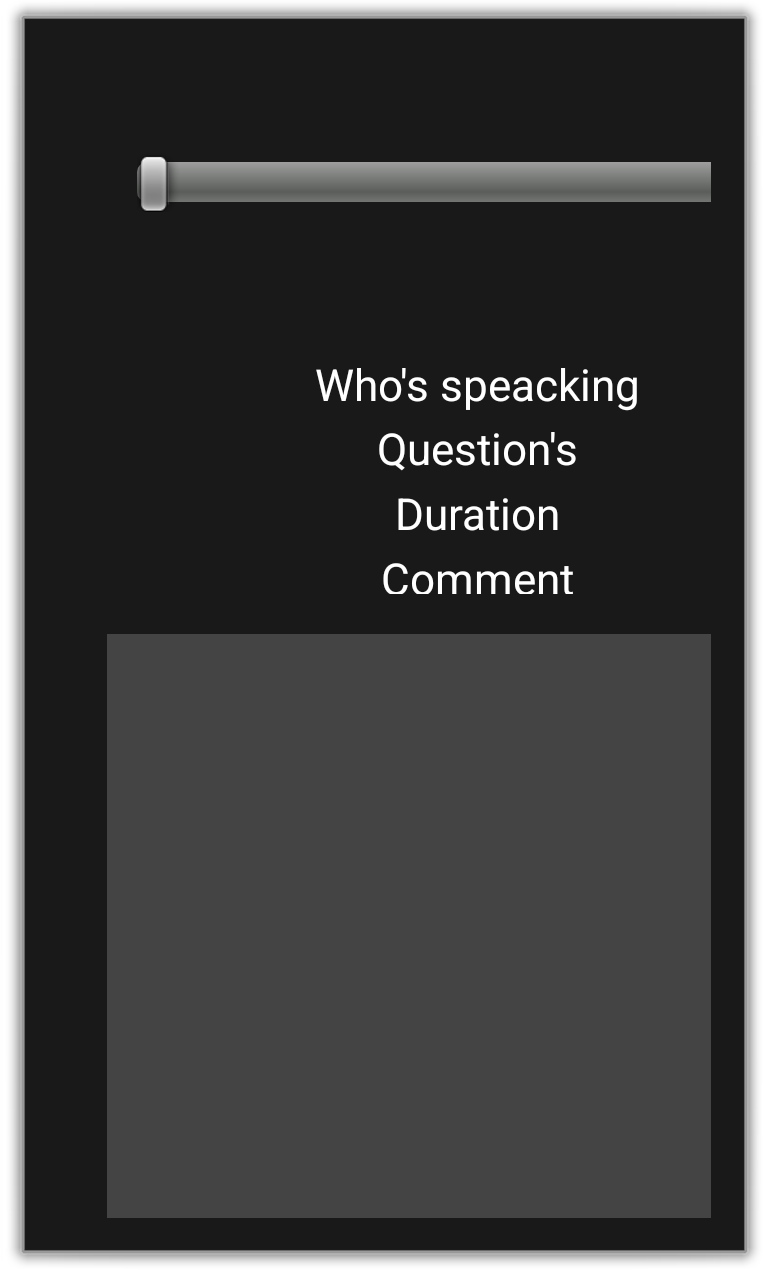
Repository: i-togui/TX
Layout: MM-Project/res/layout/activity_tag.xml
These files come from the project's save history. The layout is drawn as it stood at one moment and after the next save; the edit follows.
It is drawn on a 768 x 1280 px phone screen (xhdpi) without system bars, with theme android:Theme.Dialog; the app's code is not run. Lists and similar views that code fills are empty.

Above is the layout before, as saved 2013-12-31 17:39:18.

### MM-Project/res/layout/activity_tag.xml
<LinearLayout xmlns:android="http://schemas.android.com/apk/res/android"
    xmlns:tools="http://schemas.android.com/tools"
    android:layout_width="1200dp"
    android:layout_height="700dp"
    android:paddingBottom="@dimen/activity_vertical_margin"
    android:paddingLeft="@dimen/activity_vertical_margin"
    android:paddingRight="@dimen/activity_vertical_margin"
    android:weightSum="4.0"
    android:orientation="vertical"
    android:paddingTop="@dimen/activity_vertical_margin"
    tools:context=".TagActivity" >
	    <LinearLayout
	    android:layout_width="1165dp"
	    android:layout_height="150dp"
	    android:layout_weight="1.0"
	    android:weightSum="10.0"
	    android:padding="10dp"
	    android:layout_marginLeft="30dp"
	    android:orientation="horizontal">
		    <SeekBar
	        android:id="@+id/seek_bar"
	        android:layout_width="800dp"
	        android:layout_height="wrap_content"
	        android:layout_gravity="center_vertical"
            android:gravity="center_vertical"
	        android:layout_centerInParent="true" />

			<ImageView
			android:id="@+id/img_play"
		    android:layout_width="100dp"
	        android:layout_height="100dp"
	        android:layout_gravity="center_vertical"
            android:gravity="center_vertical"
	        android:src="@drawable/play"
	        android:onClick="playAction"/>

			<ImageView
			android:id="@+id/img_pause"
		    android:layout_width="100dp"
	        android:layout_height="100dp"
	        android:layout_gravity="center_vertical"
            android:gravity="center_vertical"
	        android:src="@drawable/ic_action_pause_over_video"
	        android:onClick="pauseAction"/>

			<ImageView
			android:id="@+id/img_save"
		    android:layout_width="100dp"
	        android:layout_height="100dp"
	        android:layout_gravity="center_vertical"
            android:gravity="center_vertical"
	        android:src="@drawable/ic_action_save"
	        android:onClick="saveAll"/>
	    </LinearLayout>
	   	<LinearLayout
	    android:layout_width="1165dp"
	    android:layout_height="500dp"
	    android:layout_weight="1.0"
	    android:weightSum="10.0"
	    android:layout_marginTop="10dp"
	    android:padding="10dp"
	    android:orientation="horizontal">
			<LinearLayout
		    android:layout_width="400dp"
		    android:layout_height="480dp"
		    android:orientation="vertical">
			    <TextView
	            android:id="@+id/textWho"
	            android:layout_width="wrap_content"
	            android:layout_height="wrap_content"
	            android:layout_gravity="center_horizontal"
	            android:gravity="center_horizontal"
	            android:layout_weight="1.0"
	            android:text="Who's speacking"
	            android:textAppearance="?android:attr/textAppearanceLarge"/>
			    <TextView
	            android:id="@+id/textWhy"
	            android:layout_width="wrap_content"
	            android:layout_height="wrap_content"
	            android:layout_gravity="center_horizontal"
	            android:gravity="center_horizontal"
	            android:layout_weight="1.0"
	            android:text="Question's"
	            android:textAppearance="?android:attr/textAppearanceLarge"/>
				<TextView
	            android:id="@+id/texthowmuch"
	            android:layout_width="wrap_content"
	            android:layout_height="wrap_content"
	            android:layout_gravity="center_horizontal"
	            android:gravity="center_horizontal"
	            android:layout_weight="1.0"
	            android:text="Duration"
	            android:textAppearance="?android:attr/textAppearanceLarge"/>
				<TextView
	            android:id="@+id/textcomment"
	            android:layout_width="370dp"
	            android:layout_height="20dp"
	            android:layout_gravity="center_horizontal"
	            android:gravity="center_horizontal"
	            android:layout_weight="1.0"
	            android:text="Comment"
	            android:scrollbars = "horizontal"
	            android:layout_marginBottom="20dp"
	            android:textAppearance="?android:attr/textAppearanceLarge"/>
				<ListView
				android:id="@+id/items_list"
				android:layout_width="370dp"
				android:layout_height="320dp"
				android:layout_gravity="center_horizontal"
	            android:gravity="center_horizontal"
				android:layout_marginBottom="20dp"
				android:background="@color/whitegrey"/>
		    </LinearLayout>
			<HorizontalScrollView
			android:layout_width="730dp"
			android:background="@drawable/border"
	    	android:layout_height="480dp">
				<LinearLayout
			    android:id="@+id/list_list"
				android:layout_width="730dp"
				android:layout_margin="40dp"
			    android:layout_height="480dp"
			    android:orientation="horizontal">

				</LinearLayout>
			</HorizontalScrollView>
	    </LinearLayout>
 </LinearLayout>

### MM-Project/res/values/styles.xml
<?xml version="1.0" encoding="utf-8"?>
<resources>

    <!--
        Base application theme, dependent on API level. This theme is replaced
        by AppBaseTheme from res/values-vXX/styles.xml on newer devices.
    -->
    <style name="AppBaseTheme" parent="android:Theme.Light">
        <!--
            Theme customizations available in newer API levels can go in
            res/values-vXX/styles.xml, while customizations related to
            backward-compatibility can go here.
        -->
    </style>

    <!-- Application theme. -->
    <style name="AppTheme" parent="AppBaseTheme">
        <!-- All customizations that are NOT specific to a particular API-level can go here. -->
    </style>

    <color name="black">#FF000000</color>
    <color name="whitegrey">#FF444444</color>
    <color name="whitegreyy">#FFFFFFFF</color>
    <color name="blue">#FF0000FF</color>

    <style name="dialog_light" parent="@android:style/Theme.Dialog">
        <item name="@android:windowBackground">@color/whitegrey</item>
        <item name="@android:textColor">@color/black</item>
    </style>

    <style name="LoginFormContainer">
        <item name="android:layout_width">match_parent</item>
        <item name="android:layout_height">wrap_content</item>
        <item name="android:padding">16dp</item>
    </style>

</resources>

### MM-Project/res/drawable/border.xml
<?xml version="1.0" encoding="utf-8"?>
<shape xmlns:android="http://schemas.android.com/apk/res/android"
       android:shape="rectangle">
   <stroke
        android:width="5dip"
        android:color="@android:color/white" />
    <corners
      android:radius="2dp"
      android:topRightRadius="0dp"
      android:bottomRightRadius="0dp"
      android:bottomLeftRadius="0dp" />
</shape>

Loaded but not shown: MM-Project/res/values/dimens.xml (common file)

After the next save:
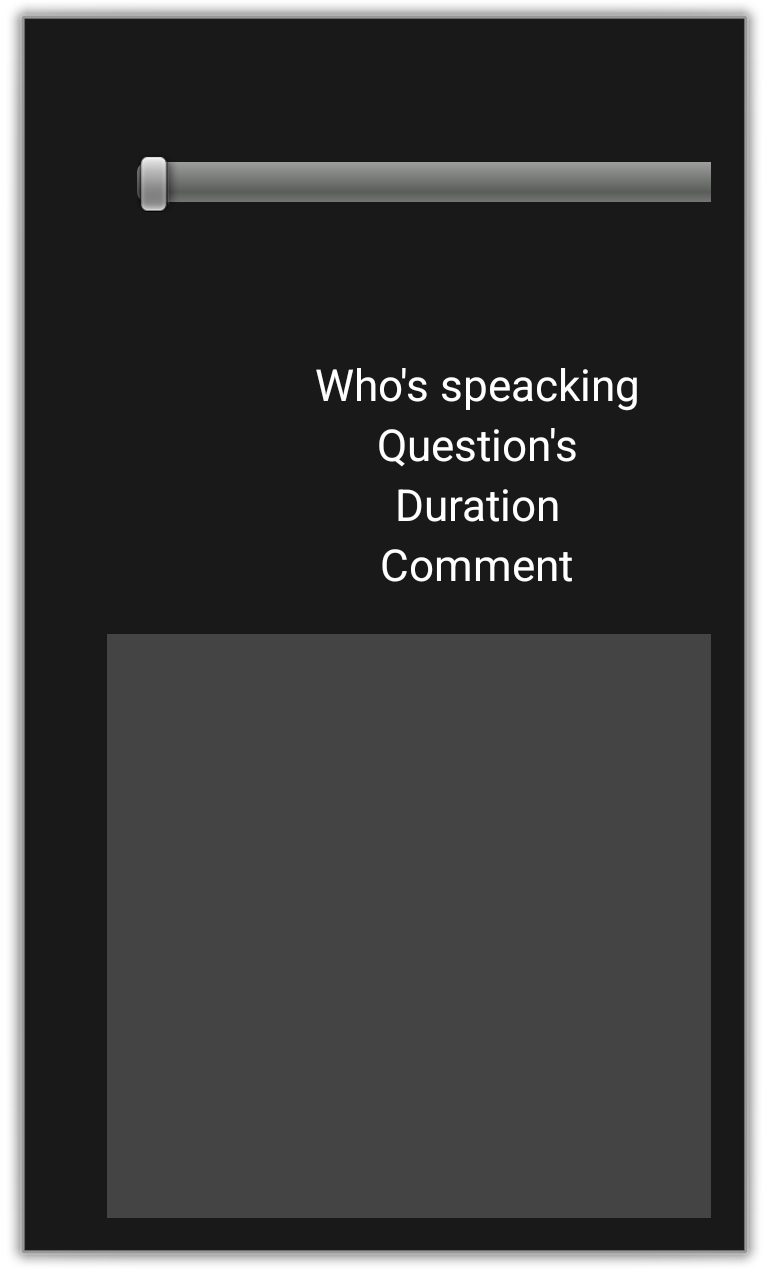
Saved 69 s later.
--- a/MM-Project/res/layout/activity_tag.xml
+++ b/MM-Project/res/layout/activity_tag.xml
@@ -93,8 +93,8 @@
 	            android:textAppearance="?android:attr/textAppearanceLarge"/>
 				<TextView
 	            android:id="@+id/textcomment"
-	            android:layout_width="370dp"
-	            android:layout_height="20dp"
+	            android:layout_width="wrap_content"
+	            android:layout_height="wrap_content"
 	            android:layout_gravity="center_horizontal"
 	            android:gravity="center_horizontal"
 	            android:layout_weight="1.0"
